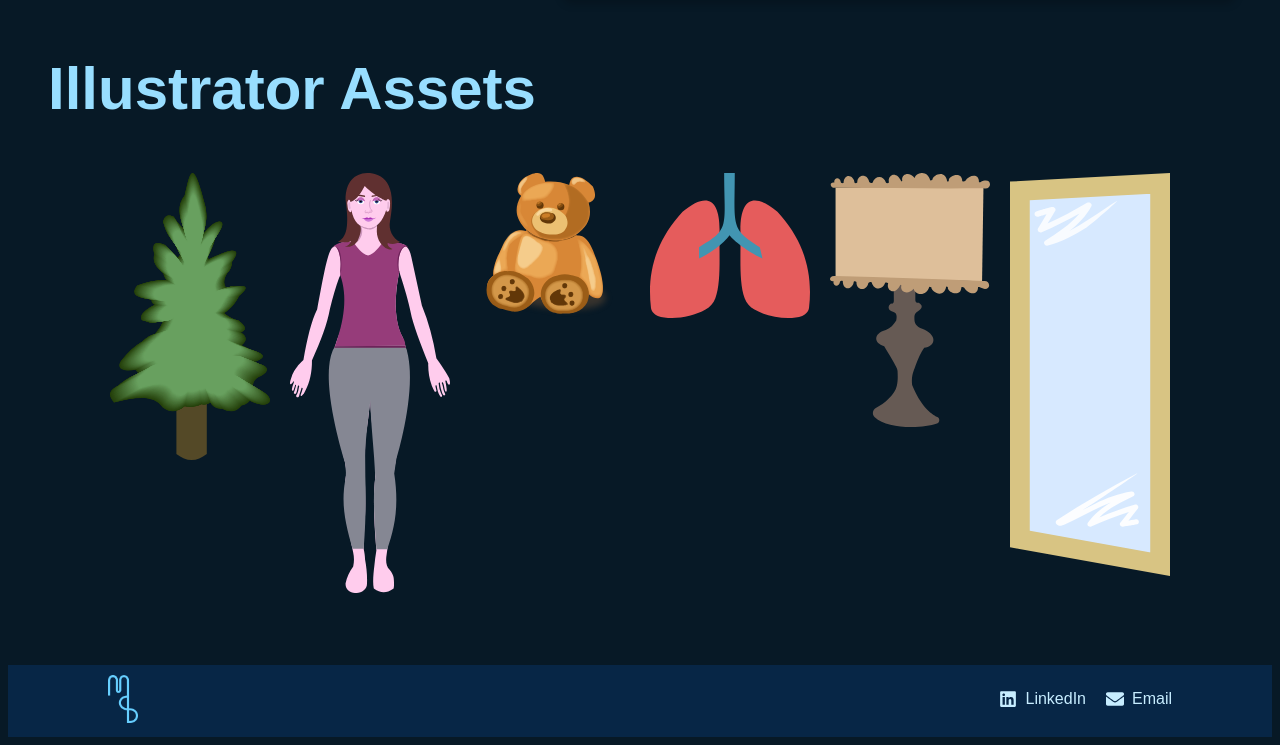
Repository: madelinestruthers/madeline-portfolio-site
Page: /Projects/motion-project
The author's editor kept a copy of each file at every save. The page is drawn from the files as they stood at one save, then again after the next save.
The browser window is 1280 px wide. The pictures show the part of the page from y = 651 to 1432 px (the page is 1396 px tall before and 1432 px after).
Pictures or frames that could not be fetched are drawn as grey boxes. The project was rebuilt for these pictures with package versions that can differ from the ones it lists, and the page was loaded fresh each time. The framework's server and built-in components were replaced by stand-ins that run in the browser. Also part of the build but not shown: next.config.mjs.

Above is the page before, as saved 2025-03-22 20:09:58.

### src/pages/Projects/motion-project.js
import NavBar from "@/components/NavBar";
import Footer from "@/components/Footer";
import styles from "@/styles/MotionProject.module.css";
import Image from "next/image";

export default function MotionProject() {
    return (
        <div className={styles.page}> {/* ✅ Add a wrapper div */}
            <NavBar />

            <main className={styles.container}>
                <h1 className={styles.h1Style}>How to Ground Yourself</h1>

                {/* Video & Description Row on Desktop (Video on Right) */}
                <div className={styles.videoDescriptionWrapper}>

                    {/* Project Details (Left Side on Desktop) */}
                    <div className={styles.descriptionContainer}>
                        <p className={styles.description}>
                            Made for kids, this motion graphics piece explores mindfulness and grounding through fluid animation, soft colors, and soothing music. Created with After Effects and Illustrator, it delivers a calm, immersive experience.
                        </p>
                    </div>

                    {/* Video Section (Right Side on Desktop) */}
                    <div className={styles.videoContainer}>
                        <iframe
                            className={styles.video}
                            src="https://www.youtube.com/embed/LDuL9oxN3RY?si=x8TfYwBB4a7iYpOd"
                            title="YouTube video player"
                            allow="accelerometer; autoplay; clipboard-write; encrypted-media; gyroscope; picture-in-picture; web-share"
                            referrerPolicy="strict-origin-when-cross-origin"
                            allowFullScreen
                        ></iframe>
                    </div>

                </div>
                <h2 className={styles.h1Style}>Illustrator Assets</h2>
                <div className={styles.assetContainer}>
                    <div className={styles.assets}>
                        <Image src="/images/Asset2.svg" alt="Asset 2" width={150} height={150} className={styles.assetImage} />
                        <Image src="/images/Asset1.svg" alt="Asset 1" width={150} height={150} className={styles.assetImage} />
                        <Image src="/images/Asset3.svg" alt="Asset 3" width={150} height={150} className={styles.assetImage} />
                        <Image src="/images/Asset4.svg" alt="Asset 1" width={150} height={150} className={styles.assetImage} />
                        <Image src="/images/Asset5.svg" alt="Asset 1" width={150} height={150} className={styles.assetImage} />
                        <Image src="/images/Asset6.svg" alt="Asset 1" width={150} height={150} className={styles.assetImage} />
                    </div>
                </div>
            </main>

            <Footer />
        </div>
    );
}

### src/styles/globals.css
:root {
  --background: #071926;
  --foreground: #171717;
    --accent: #98deff; /* Change to your preferred color */
}

@media (prefers-color-scheme: dark) {
  :root {
    --background: #071926;
    --foreground: #ffffff;
  }
}

html,
body {
  max-width: 100vw;
  overflow-x: hidden;
}


body {
  color: var(--foreground);
  background: var(--background);
  font-family: comme, Poppins, sans-serif;
  font-size: 16px;
}

/* styles*/



a {
  color: inherit;
  text-decoration: none;
}

.projects-page {
  display: flex;
  flex-direction: column;
  min-height: 100vh;
}

/* 📌 Title & Filter Layout */
.projects-header {
  display: flex;
  justify-content: space-between;
  align-items: center;
  padding: 2rem 0;
  width: 100%;
}

/* Align title left */
.projects-header h1 {
  font-size: 60px;
  font-weight: bold;
  margin-left: 100px;
  color: #98deff;
}

/* Align filter right */
.filter-container {
  display: flex;
  align-items: center;
  gap: 10px;
  margin-right: 100px;
}

/* 📌 Apply required #category-filter styling */
#category-filter {
  padding: 10px;
  font-size: 1rem;
  border-radius: 5px;
  border: 1px solid #ccc;
  cursor: pointer;
}

/* 📌 Grid Layout for Projects */
.projects-container {
  display: grid;
  grid-template-columns: 1fr;
  gap: 20px;
  padding-top: 2rem;
  justify-items: center;
  flex-grow: 1; /* Ensures content takes up available space */
}

/* 📌 Handle No Projects */
.no-projects {
  text-align: center;
  font-size: 1.2rem;
  color: #999;
}

/* 📌 Stick Footer to Bottom */
footer {
  margin-top: auto;
}


/* 🔥 Tablet View (600px and up) */
@media (min-width: 600px) {
  .projects-container {
    grid-template-columns: repeat(2, 1fr);
  }
}

/* 🖥️ Desktop View (900px and up) */
@media (min-width: 900px) {
  .projects-container {
    grid-template-columns: repeat(3, 1fr);
    margin: 1rem 100px 6rem 100px;
    gap: 6rem;
  }
}

/* 🖥️ Large Desktop View (1400px and up) */
@media (min-width: 1600px) {
  .projects-container {
    grid-template-columns: repeat(4, 1fr);
    margin: 2rem 200px 6rem 200px;
    gap: 8rem;
  }
}

/* 📱 Mobile View: Stack title & filter */
@media (max-width: 899px) {
  .projects-header {
    flex-direction: column;
    align-items: center;
    text-align: center;
    gap: 10px;
  }

  .projects-header h1 {
    margin-left: 0;
  }

  .filter-container {
    margin-right: 0;
  }
}

### src/components/NavBar.js

import React, { useState } from "react";
import Image from "next/image";
import styles from "./Navbar.module.css";

const NavBar = () => {
  const [isMenuOpen, setIsMenuOpen] = useState(false);
  const toggleMenu = () => setIsMenuOpen(!isMenuOpen);

  return (
    <nav className={styles.navbar}>
      <div className={styles["navbar-logo"]}>
        <a href="/">
          <div className={styles["logo-wrapper"]}>
            <Image
              src="/images/ms-logo.svg"
              alt="Logo"
              width={80}
              height={22}
              priority
            />
          </div>
        </a>
      </div>

      <div className={styles.hamburger} onClick={toggleMenu}>
        <div className={styles.bar}></div>
        <div className={styles.bar}></div>
        <div className={styles.bar}></div>
      </div>

      <ul
        className={`${styles["navbar-links"]} ${
          isMenuOpen ? styles["navbar-links-open"] : ""
        }`}
      >
        <li>
          <a href="/projects">Projects</a>
        </li>
        <li>
          <a href="/about">About Me</a>
        </li>
      </ul>
    </nav>
  );
};

export default NavBar;

### src/components/Footer.js
// src/components/Footer.js
import React from "react";
import styles from "./Footer.module.css";
import { FaLinkedin, FaEnvelope } from "react-icons/fa";
import Image from "next/image";

const Footer = () => {
  return (
    <footer className={styles.footer}>
      {/* Left Section: Logo */}
      <div className={styles.logo}>
        <a href="/">
        <Image
            src="/images/ms-logo.png"
            alt="Logo"
            width={30}
            height={48}
          />
        </a>
      </div>

      {/* Right Section: Links */}
      <div className={styles.links}>
        <a
          href="https://linkedin.com/in/madelinestruthers"
          target="_blank"
          rel="noopener noreferrer"
          className={styles.link}
        >
          <FaLinkedin className={styles.icon} /> LinkedIn
        </a>
        <a
          href="mailto:maddiestruthersdesigns@gmail.com"
          className={styles.link}
        >
          <FaEnvelope className={styles.icon} /> Email
        </a>
      </div>
    </footer>
  );
};

export default Footer;

### src/styles/MotionProject.module.css
/* Page Wrapper */
/* Page Wrapper */
.page {
    display: flex;
    flex-direction: column;
    min-height: 100vh;
    /* Ensures the full viewport height */
}

/* Main Content */
.container {
    flex: 1;
    /* Pushes the footer down */
    display: flex;
    flex-direction: column;
    align-items: center;
    padding: 20px;
}

/* Video & Description Layout */
.videoDescriptionWrapper {
    display: flex;
    flex-direction: column;
    /* Mobile: Stacked */
    align-items: center;
    gap: 20px;
    width: 100%;
}

/* Video Styling */
.videoContainer {
    width: 100%;
    max-width: 600px;
    margin-top: 1rem;
}

.video {
    width: 100%;
    height: 45vh;
    border-radius: 10px;
    box-shadow: 0 4px 8px rgba(0, 0, 0, 0.2);
}

/* Title & Description */
.descriptionContainer {
    text-align: left;
    max-width: 600px;
}


.h1Style {
    font-size: 30px;
    color: #98deff;
    font-weight: bold;
    text-align: left;
    /* ✅ Aligns to the left */
    width: 100%;
    /* Makes sure it spans the full width */
    max-width: 1200px;
}


.description {
    font-size: 1rem;
    color: #cbedfd;
    line-height: 1.6;
}

/* Assets Section */
.assetsContainer {
    text-align: left;
    width: 100%;
    display: flex;
    justify-content: flex-start;
  }

  .assets {
    display: flex;
    flex-direction: column;
    align-items: flex-start;
    gap: 20px;
    width: 100%;
  }

  .assetImage {
    height: auto;
  }



.h2Style {
    font-size: 24px;
    color: #C7EDFF;
    margin-bottom: 10px;
}




/* 🔹 Tablet View (iPad) */
@media (min-width: 768px) {
    .container {
        padding: 40px;
    }

    .assets {
        flex-direction: row;
        justify-content: flex-start;
      }

    .h1Style {
        font-size: 36px;
    }

    .description {
        font-size: 1.1rem;
        max-width: 80%;
    }

    .assets {
        flex-direction: row;
        justify-content: center;
      }
}

/* 🖥️ Desktop View */
@media (min-width: 1024px) {
    .container {
        max-width: 1200px;
        margin: auto;
    }

    .videoDescriptionWrapper {
        flex-direction: row;
        /* Desktop: Side-by-Side */
        align-items: flex-start;
        justify-content: space-between;
    }

    .descriptionContainer {
        flex: 1;
        max-width: 40%;
        text-align: left;
        margin-right: 20px;
    }

    .videoContainer {
        flex: 1;
        max-width: 60%;
        /* Make it take half the width */
        order: 2;
    }

    .h1Style {
        font-size: 60px;
    }

    .description {
        font-size: 1.2rem;
        max-width: 100%;
    }

    .assetImage {
        width: 160px;

      }


}

### src/components/Navbar.module.css
/* Base Styles (Mobile First) */
.navbar {
  display: flex;
  justify-content: space-between;
  align-items: center;
  padding: 1.5rem;
  position: sticky;
  z-index: 111;
}

.navbar-logo img{
  display: flex;
  align-items: center;
  width: 45px;
  height: 100px;
}


.navbar-logo a {
  text-decoration: none;
}

.logo-wrapper {
  display: inline-block;
  transform: scale(1);
  transition: transform 0.4s ease-in-out 0.1s, filter 0.4s ease-in-out 0.1s;
  will-change: transform, filter;
}

.logo-wrapper:hover {
  animation: tiltWobble 0.6s ease-in-out 0.1s;
  transform: scale(1.1);
  filter: brightness(1.1) sepia(1) hue-rotate(-20deg) saturate(5);
}

@keyframes tiltWobble {
  0% {
    transform: scale(1.1) rotateZ(0deg);
  }
  30% {
    transform: scale(1.1) rotateZ(-4deg);
  }
  60% {
    transform: scale(1.1) rotateZ(4deg);
  }
  100% {
    transform: scale(1.1) rotateZ(0deg);
  }
}

/* Hamburger Menu */
.hamburger {
  display: flex;
  flex-direction: column;
  justify-content: space-between;
  width: 2.5rem;
  height: 2rem;
  cursor: pointer;
}

.bar {
  height: 5px;
  width: 100%;
  border-radius: 3px;
  transition: all 0.3s ease;
  background-color: #ffb04f;
}

/* Navigation Links */
.navbar-links {
  display: none;
  flex-direction: column;
  list-style: none;
  text-align: left;
  position: absolute;
  top: 100px;
  right: 30px;
  background-color: #072747;
  box-shadow: 0 4px 6px rgba(0, 0, 0, 0.1);
  border-radius: 8px;
  z-index: 10;
  font-size: 20px;
  padding-bottom: 1rem;
}

.navbar-links a {
  text-decoration: none;
  font-size: 20px;
  font-weight: 600;
  color: #c7edff;
  padding-right: 1.5rem;
  padding-top: 1rem;
  display: block;
  transition: color 0.3s ease, border-color 0.3s ease;
  border-bottom: 4px solid transparent;
}

.navbar-links a:hover {
  transition: color 0.3s ease, border-color 0.3s ease;
  color: #ffb04f;
}

/* Show Links When Menu is Open */
.navbar-links-open {
  display: flex;
}

/* Tablet Styles (768px) */
@media (min-width: 768px) {
  .hamburger {
    display: none;
  }

  .navbar-logo{
    width: 40px;
    height: auto;
  }

  .navbar {
    flex-direction: row;
    justify-content: space-between;
    padding: 10px 100px;
  }

  .navbar-links {
    display: flex;
    flex-direction: row;
    position: static;
    background: none;
    box-shadow: none;
    padding: 0;
    gap: 3rem;
  }

  .navbar-links a {
    padding: 0;
    font-size: 18px;
  }
}

/* Desktop Styles (1024px) */
@media (min-width: 1024px) {
  .navbar {
    padding: 20px 100px;
  }

  .navbar-logo img {
    max-width: 100%;
    height: auto;
  }

  .navbar-links a {
    font-size: 18px;
  }
}

### src/components/Footer.module.css
/* src/components/Footer.module.css */
.footer {
    display: flex;
    justify-content: space-between;
    align-items: center;
    padding: 10px 100px; /* Adjust the side padding as needed */
    background-color: hsl(210, 82%, 15%);
    margin-top: 2rem;
  }

  .logo {
    display: flex;
    align-items: center;
  }

  .logoImage {
    width: auto;
  }

  .links {
    display: flex;
    gap: 20px; /* Space between links */

  }

  .link {
    display: flex;
    align-items: center;
    text-decoration: none;
    font-size: 16px;
    color: #C7EDFF; /* Dark text color */
    transition: color 0.3s ease, border-color 0.3s ease;
    border-bottom: 4px solid transparent; /* Hidden underline */
  }

  .link:hover {
    color: #FF8C00
  }

  .icon {
    margin-right: 8px; /* Space between icon and text */
    font-size: 18px;
  }

Loaded but not shown: src/pages/_app.js (common file); src/pages/_document.js (common file)

After the next save:
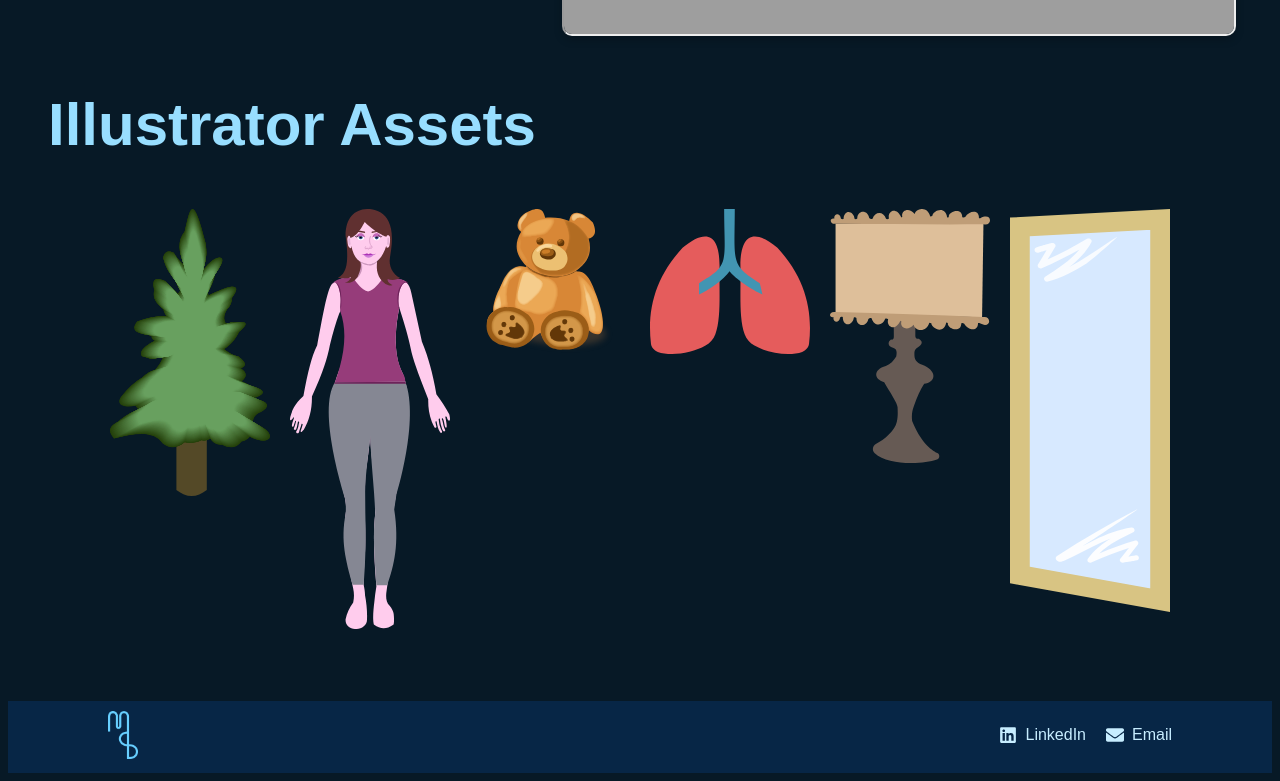
Saved 12 s later.
--- a/src/styles/MotionProject.module.css
+++ b/src/styles/MotionProject.module.css
@@ -36,7 +36,7 @@
 
 .video {
     width: 100%;
-    height: 45vh;
+    height: 50vh;
     border-radius: 10px;
     box-shadow: 0 4px 8px rgba(0, 0, 0, 0.2);
 }
